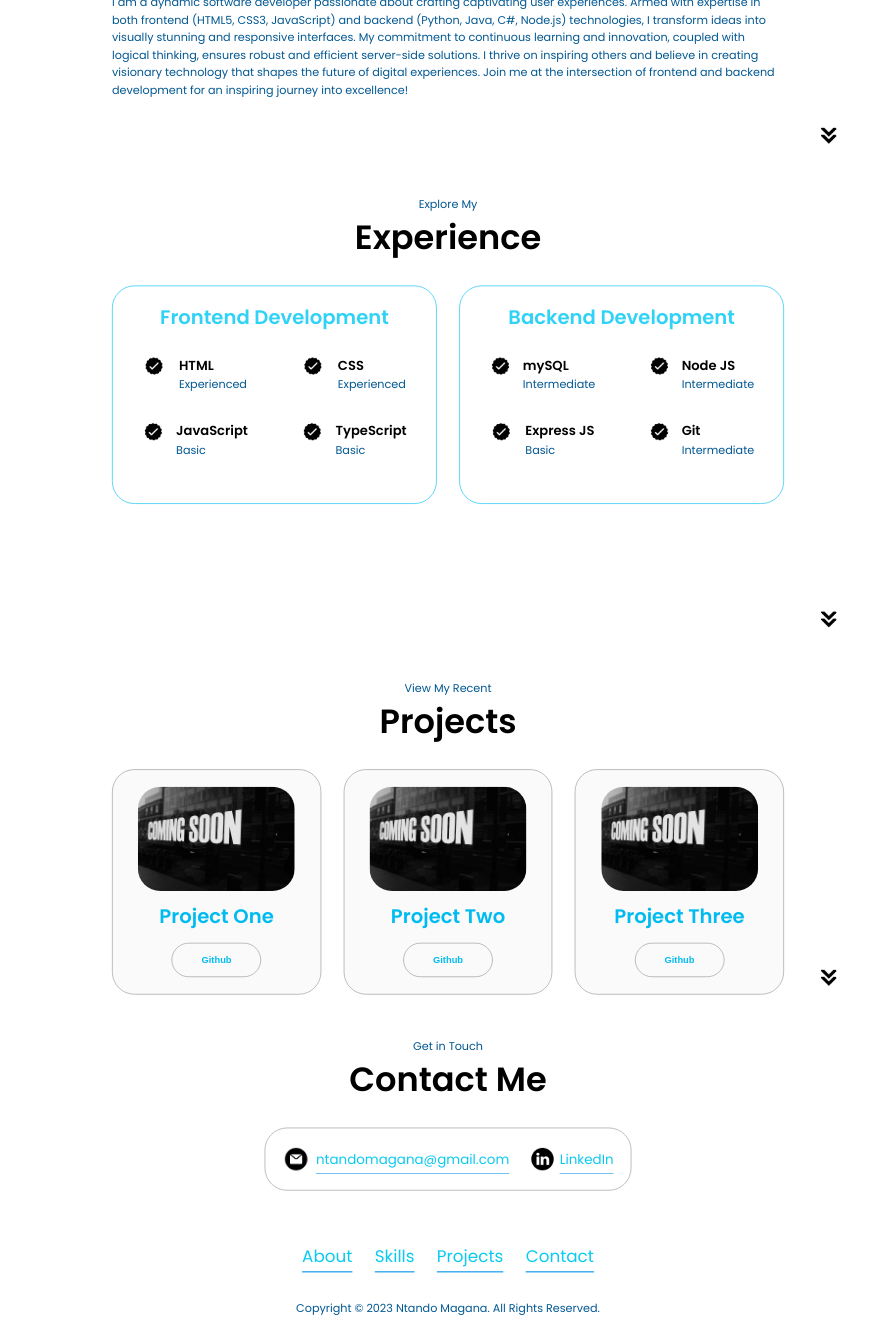
Repository: ntandomagana/FS-Dev-Portfolio
Page: index.html
These files come from the project's save history. The page is drawn as it stood at one moment and after a run of saves; the edit follows.
The browser window is 1280 px wide. The pictures show the part of the page from y = 1257 to 3177 px (the page is 3177 px tall), at 70% of full size.

Above is the page before, as saved 2024-05-02 23:25:16.

After the next 2 saves:
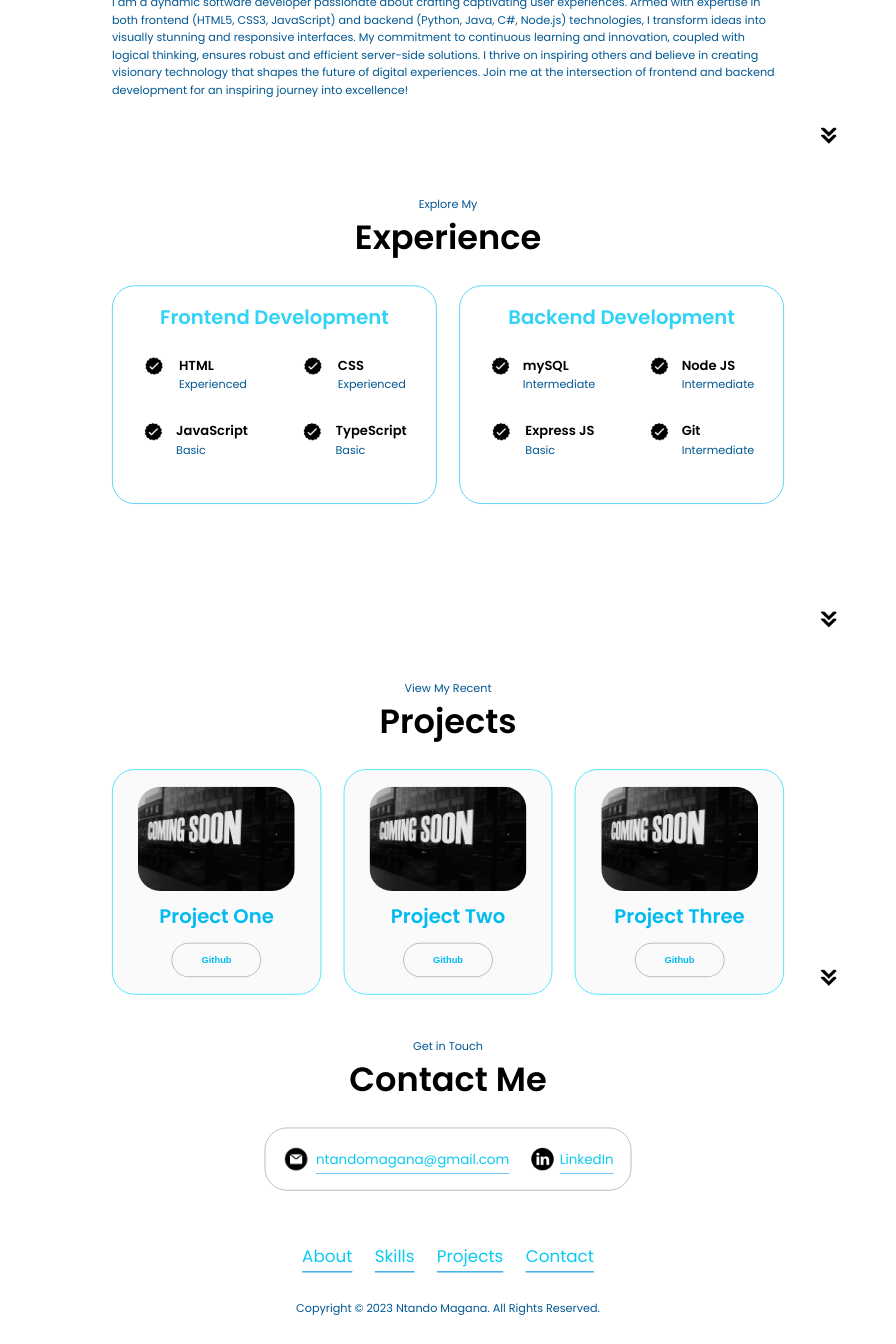
The 2 saves are shown as one change because they came seconds apart.
The last was saved 11 s later.
--- a/style.css
+++ b/style.css
@@ -342,7 +342,7 @@ article .icon {
 }
 
 .color-container {
-  border-color: rgb(163, 163, 163);
+  border-color: rgb(21, 220, 255);
   background: rgb(250, 250, 250);
 }
 
